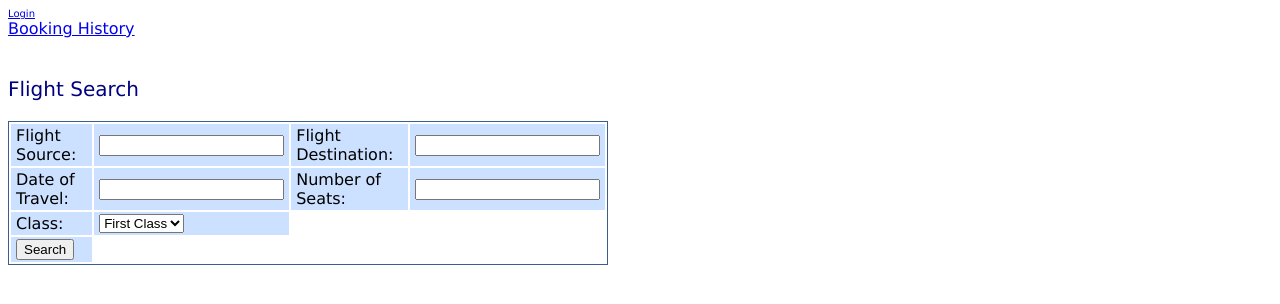
Repository: jliu9000/CSE-464---Flight-Pages
Page: http://localhost/HW1/FlightSearch.jsp
An editor plug-in stored every save of this project. The page is shown before and after the next save, followed by the edit.
The browser window is 1280 px wide. The pictures show the whole page.
The page is served by Tomcat 9.

Above is the page before, as saved 2014-09-21 09:03:27.

After the next save:
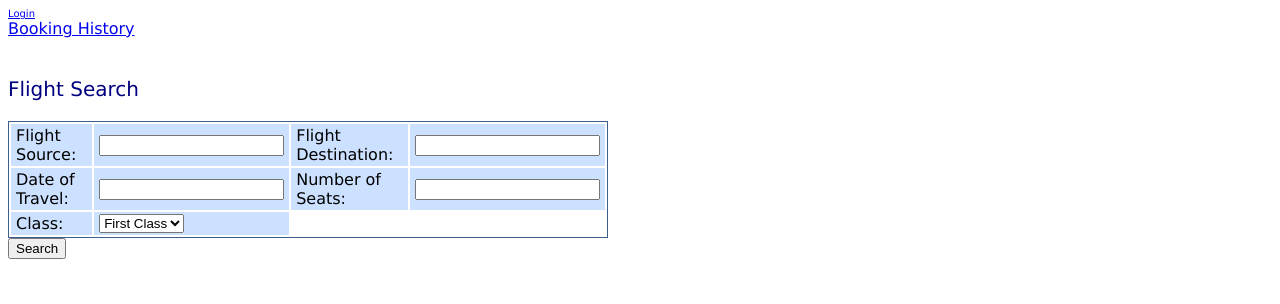
Saved 82 s later.
--- a/HW1/WebContent/FlightSearch.jsp
+++ b/HW1/WebContent/FlightSearch.jsp
@@ -46,11 +46,9 @@
 				</select>
 			</td>
 		</tr>
-		<tr>
-			<td><input type="submit" value="Search">
-			</td>
-		</tr>
 	</table>
+			<input type="submit" value="Search">
+
 </form>
 
 
